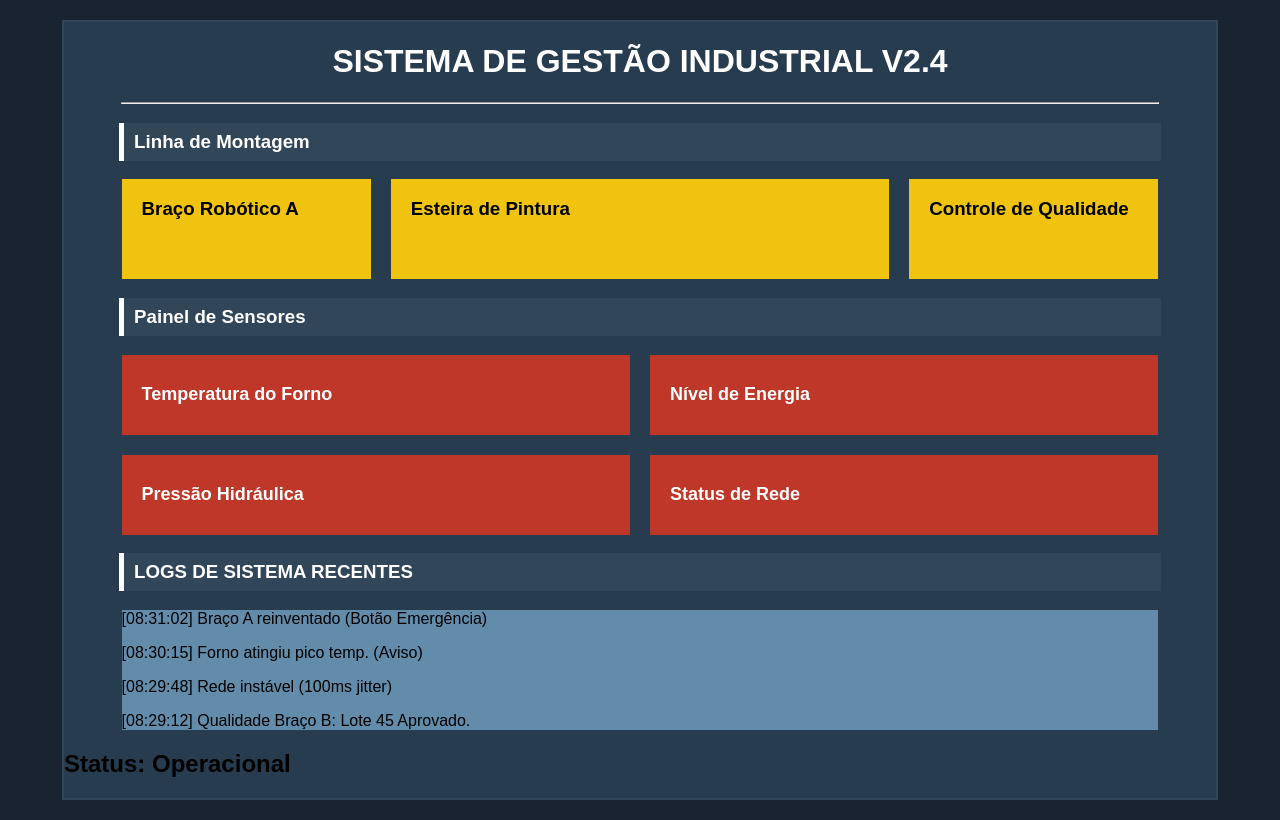
Repository: DanielEDapper/Front-WEG
Page: ProfeIgor/Aula5 - Dashboard Industrial/index.html
An editor plug-in stored every save of this project. The page is shown before and after the next save, followed by the edit.
The browser window is 1280 px wide. The pictures show the whole page.
Some icons come from a web library that is not loaded, so they are not drawn.

Above is the page before, as saved 2026-05-29 20:03:59.

After the next save:
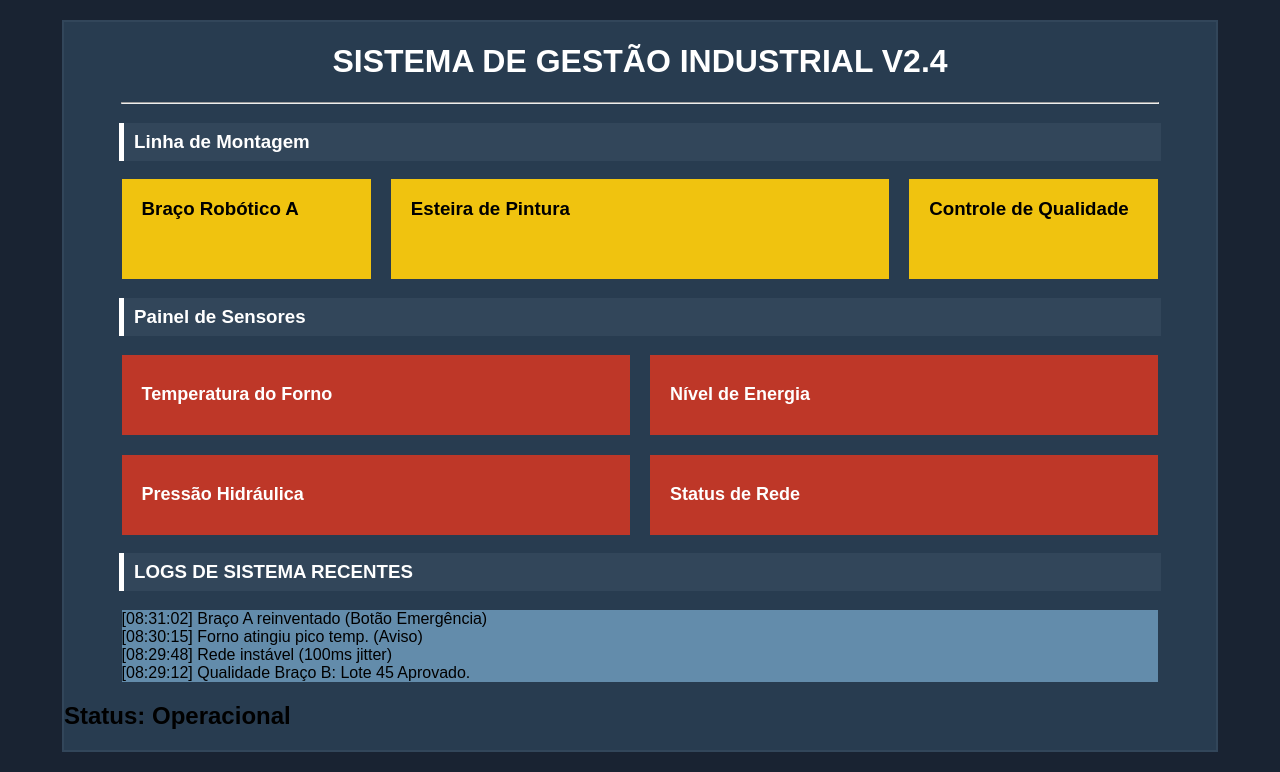
Saved 4 s later.
--- a/ProfeIgor/Aula5 - Dashboard Industrial/style.css
+++ b/ProfeIgor/Aula5 - Dashboard Industrial/style.css
@@ -128,5 +128,5 @@ hr{
 }
 
 .container-logs p {
-
+    margin: 0;
 }
